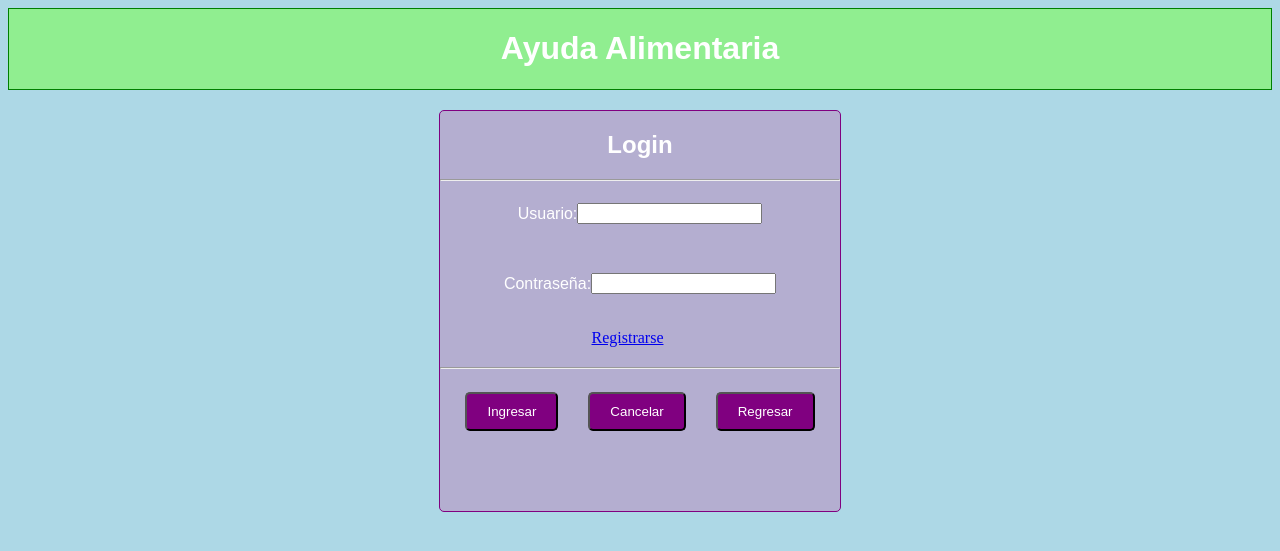
Repository: sonicspeed1/examen1_codigo_bryansantillan
Page: http://localhost/examen_1_bryan_santillan/Login.jsp
These files come from the project's save history. The page is drawn as it stood at one moment and after the next save; the edit follows.
The browser window is 1280 px wide. The pictures show the whole page.
The page is served by Tomcat 9. Other server files are loaded and not shown.

Above is the page before, as saved 2024-05-28 21:15:15.

### examen_1_bryan_santillan/src/main/webapp/Login.jsp
<%@ page language="java" contentType="text/html; charset=UTF-8" pageEncoding="UTF-8"%>
<%
    String mensaje = (String) session.getAttribute("mensaje");
    session.removeAttribute("mensaje");

    // Comprobamos si el botón "Regresar" fue presionado
    if ("Regresar".equals(request.getParameter("regresar"))) {
        response.sendRedirect("home.jsp"); // Cambia "paginaPrincipal.jsp" por la página de destino
        return; // Aseguramos que el resto del código no se ejecute después de la redirección
    }
%>
<!DOCTYPE html>
<html>
<head>
<meta charset="UTF-8">
<title>Login</title>
<link href="estilo.css" rel="stylesheet"/>
</head>
<body class="cuerpo">
<div class="cuadro">
<h1 class="titulo">Ayuda Alimentaria</h1>
</div>
<div class="container">
    <div class="cuadro2">
        <h2 class="titulo2">Login</h2>
        <hr>
        <form action="" method="post">
            <label class="item_login">
                <p class="titulo2">Usuario:</p>
                <input type="text" name="usuario">
            </label>
            <label class="item_login">
                <p class="titulo2">Contraseña:</p>
                <input type="password" name="contraseña">
            </label>
            <div class="item_login">
                <a href="registro_donadores.jsp" class="hiper">Registrarse</a>
            </div>
            <hr>
            <div class="item_login">
                <input value="Ingresar" name="ingresar" type="submit" class="button">
                <input value="Cancelar" name="cancelar" type="reset" class="button">
                <input value="Regresar" name="regresar" type="submit" class="button">
            </div>
            <% if (mensaje != null && !mensaje.isEmpty()) { %>
                <p><%= mensaje %></p>
            <% } %>
        </form>
    </div>
</div>
</body>
</html>

### examen_1_bryan_santillan/src/main/webapp/estilo.css
@charset "UTF-8";
.cuerpo{
	background-color: lightblue;
}
.cuadro{
	background-color:lightgreen;
	border: 1px solid green;
	display: block;

}
.cuadro2 {
    background-color: #b4aed0;
    border-radius: 5px;
    border: 1px solid purple;
    height: 400px;
    width: 400px;
}
.cuadro3{
	    background: linear-gradient(to right,red,pink);
	    text-align:center;
	    color: white;
	     border: 1px solid darkred;
}
.titulo{
	color: white;
	transition: color 0.3s, text-shadow 0.3s;
	font-family: 'Comic Sans MS', cursive, sans-serif;
	 text-align: center;
}

.titulo:hover {
    color: blue;
    text-shadow: 2px 2px 5px rgba(0, 0, 0, 0.5);
}
.menu{
	list-style-type: none;
    padding: 0;
    background-color: #80ff80;
    border: 1px solid green;
    margin: 0 auto;
    }
.item {
    display: inline-block;
    position: relative;
}
.container {
    display: flex;
    justify-content: center;
    align-items: center;
    margin-top: 20px;
}
.titulo2{
	color: white;
	transition: color 0.3s, text-shadow 0.3s;
	font-family: 'Comic Sans MS', cursive, sans-serif;
	 text-align: center;
}

.titulo2:hover {
    color: red;
    text-shadow: 2px 2px 5px rgba(0, 0, 0, 0.5);
}
.item_login{
	   display: flex;
    justify-content: center;
    align-items: center;
    margin-bottom: 20px;
}
.button{
	background-color: purple;
	border-radius: 5px;
	color: white;
	padding: 10px 20px;
	margin: 15px;
	font-family: 'Comic Sans MS', cursive, sans-serif;
}
.hiper{
	margin-right: 25px;
}

.item_reg{
	   display: flex;
	   margin-bottom:20px;
}

After the next save:
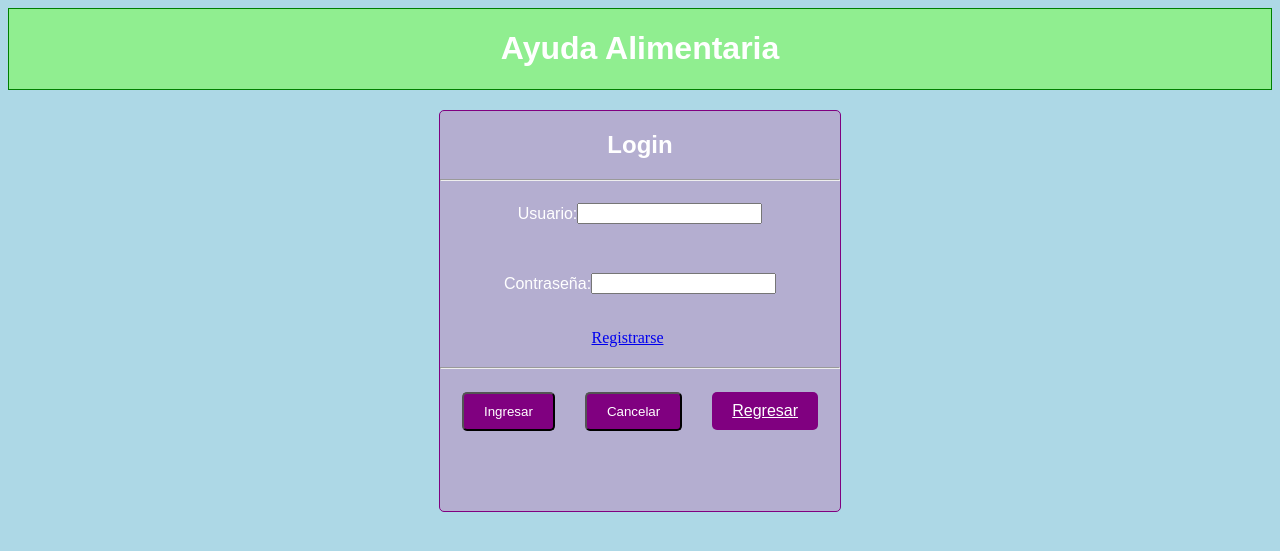
Saved 2 min 24 s later.
--- a/examen_1_bryan_santillan/src/main/webapp/Login.jsp
+++ b/examen_1_bryan_santillan/src/main/webapp/Login.jsp
@@ -1,13 +1,8 @@
-<%@ page language="java" contentType="text/html; charset=UTF-8" pageEncoding="UTF-8"%>
+<%@ page language="java" contentType="text/html; charset=UTF-8"
+    pageEncoding="UTF-8" %>
 <%
     String mensaje = (String) session.getAttribute("mensaje");
     session.removeAttribute("mensaje");
-
-    // Comprobamos si el botón "Regresar" fue presionado
-    if ("Regresar".equals(request.getParameter("regresar"))) {
-        response.sendRedirect("home.jsp"); // Cambia "paginaPrincipal.jsp" por la página de destino
-        return; // Aseguramos que el resto del código no se ejecute después de la redirección
-    }
 %>
 <!DOCTYPE html>
 <html>
@@ -22,30 +17,22 @@
 </div>
 <div class="container">
     <div class="cuadro2">
-        <h2 class="titulo2">Login</h2>
-        <hr>
-        <form action="" method="post">
-            <label class="item_login">
-                <p class="titulo2">Usuario:</p>
-                <input type="text" name="usuario">
-            </label>
-            <label class="item_login">
-                <p class="titulo2">Contraseña:</p>
-                <input type="password" name="contraseña">
-            </label>
-            <div class="item_login">
-                <a href="registro_donadores.jsp" class="hiper">Registrarse</a>
-            </div>
-            <hr>
-            <div class="item_login">
-                <input value="Ingresar" name="ingresar" type="submit" class="button">
-                <input value="Cancelar" name="cancelar" type="reset" class="button">
-                <input value="Regresar" name="regresar" type="submit" class="button">
-            </div>
-            <% if (mensaje != null && !mensaje.isEmpty()) { %>
-                <p><%= mensaje %></p>
-            <% } %>
-        </form>
+ <h2 class="titulo2">Login</h2><hr>
+ <form action="validar.jsp" method="post">
+ <label class="item_login"><p class="titulo2">Usuario:</p > <input type="text" name="usuario"></label>
+ <label class="item_login"><p class="titulo2">Contraseña:</p> <input type="password" name="contraseña"></label>
+ <div class="item_login">
+ <a href="registro_donadores.jsp" class="hiper">Registrarse</a>
+ </div><hr>
+ <div class="item_login">
+  <input value="Ingresar" name="ingresar" type="submit" class="button">
+ <input value="Cancelar" name="cancelar" type="reset" class="button">
+ <a href="home.jsp" class="button">Regresar</a>
+ </div>
+   <% if (mensaje != null && !mensaje.isEmpty()) { %>
+        <p><%= mensaje %></p>
+    <% } %>
+ </form>
     </div>
 </div>
 </body>
